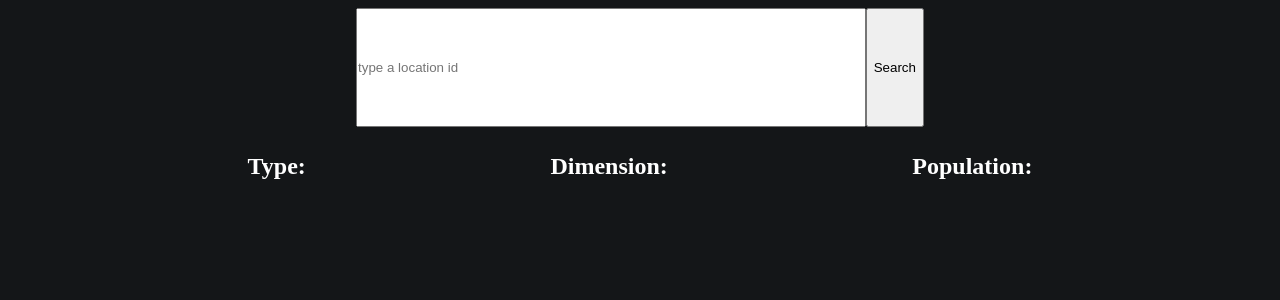
Repository: RobertAries28/ApiRickyMortin
Page: /
An editor plug-in stored every save of this project. The page is shown before and after the next save, followed by the edit.
The browser window is 1280 px wide. The pictures show the whole page.
The page's requests for data from a server got no answer. The project was rebuilt for these pictures with package versions that can differ from the ones it lists, and the page was loaded fresh each time. No one was signed in, and anything a server would have sent is missing. Also part of the build but not shown: src/ResidentInfo.js.

Above is the page before, as saved 2022-04-29 09:51:13.

### src/index.css

body{
  background: #141618;
  color: white;
}

.information h1{
  font-weight: bold;
}

.information span{
  font-weight: 300;
}

.information_data{
  display: flex;
  justify-content: space-evenly;
}

.personaje{
  display: flex;
  justify-content: space-evenly;

  margin: 30px;
  background: #53575A;
  text-align: left;
}

.personaje img{
  flex-shrink: 0;
  flex-grow: 0;
}

.personaje .status span{
  font-size: 50px;
 color: red;
}

.personaje li{
 margin: 0px;
  font-size: 30px;
  font-weight: bolder;
}



.personaje h1,h2{
  margin: 5px;
}

.personaje span{

  font-size: 20px;

}

.personaje_information{
  display: flex;
  flex-direction: column;
  justify-content: space-evenly;
  margin: 0 10px;
  flex-shrink: 1;
  flex-grow: 0;
}

.personajeList{
  display: flex;
  flex-wrap: wrap;
  justify-content: space-evenly;
}

.searchBox{
  display: flex;
  justify-content: center;
}

.searchBox input{
  width: 40%;
  padding: 50px 0;
}

### src/App.js

import './App.css';
import Locationinfo from './LocationInfo';

const App=() =>{
  return (
    <div className="App">
      <Locationinfo/>
    </div>
  );
}

export default App;

### src/LocationInfo.js
import axios from 'axios';
import React, { useEffect, useState } from 'react';
import './index.css';
import Residentslist from './ResidentsList';
import Searchbox from './SearchBox';

const Locationinfo = () => {
     const [information,setInformation]= useState({})
    useEffect(()=>{
        const random= Math.floor(Math.random()*126)+1;
        axios.get(`https://rickandmortyapi.com/api/location/${random}`)
         .then(res=> setInformation(res.data));

    },[])

    console.log(information)
    return (
        <div className='information'>
            <Searchbox setInformation={setInformation}/>
            <h1>{information.name}</h1>
            <div className='information_data'>
            <h2>Type: <span>{information.type}</span></h2>
            <h2>Dimension: <span>{information.dimension}</span></h2>
            <h2>Population: <span>{information.residents?.length}</span></h2>
            </div>
            <Residentslist urls={information?.residents}/>
        </div>
    );
}

export default Locationinfo;

### src/ResidentsList.js
import React from 'react';
import Residentinfo from './ResidentInfo';
import './index.css';

const Residentslist = ({urls}) => {
    return (
        <div className='personajeList'>
            {
                urls?.map(url=>(
                    <Residentinfo information={url} key={url}/>
                ))
            }
        </div>
    );
}

export default Residentslist;

### src/SearchBox.js
import axios from 'axios';
import React, { useState } from 'react';
import './index.css';

const Searchbox = ({setInformation}) => {
    const [ typeId, setTypeId]= useState("")

    const searchType=()=>{
    axios.get(`https://rickandmortyapi.com/api/location/${typeId}/`)
       .then(res=> setInformation(res.data))
    }

    return (
        <div className='searchBox'>
              <input
                type="text"
                onChange={e=> setTypeId(e.target.value)}
                value={typeId}
                placeholder="type a location id"
            />

            <button onClick={searchType}>
                Search
            </button>
        </div>
    );
}

export default Searchbox;

Loaded but not shown: public/index.html (common file); src/index.js (common file); src/App.css (common file)

After the next save:
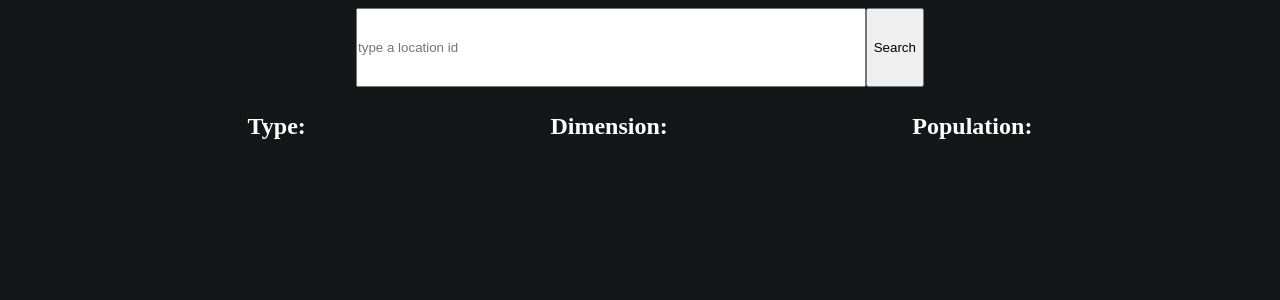
Saved 8 s later.
--- a/src/index.css
+++ b/src/index.css
@@ -76,5 +76,5 @@ body{
 
 .searchBox input{
   width: 40%;
-  padding: 50px 0;
+  padding: 30px 0;
 }
